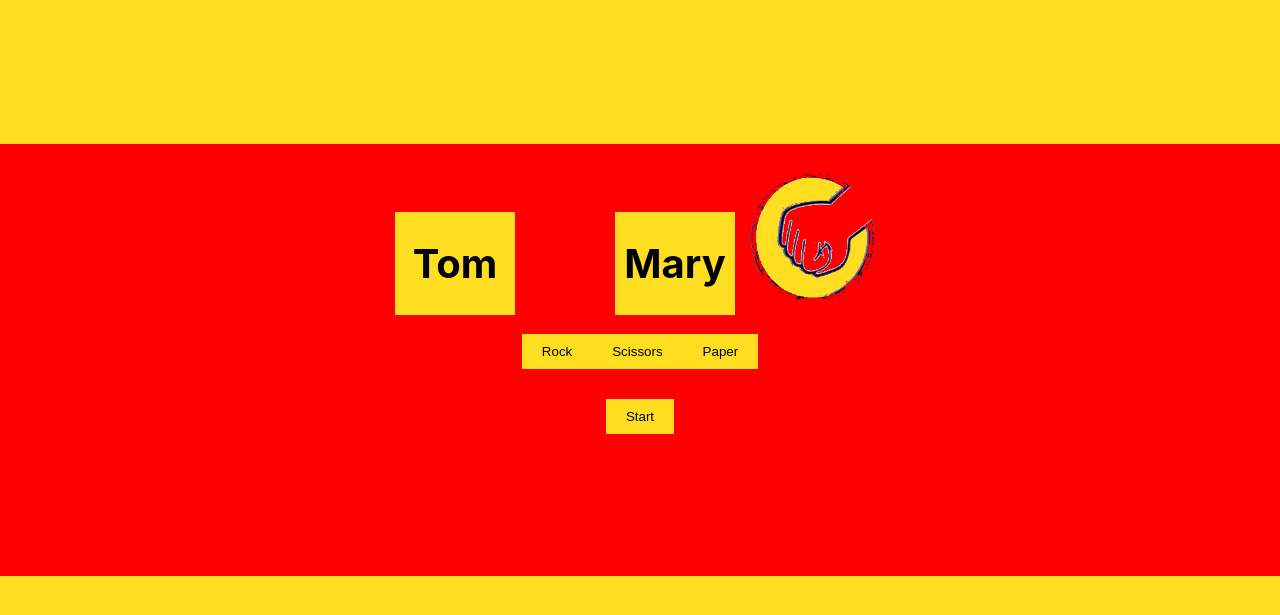
Repository: K009/Rock-Paper-Scissors
Page: /
An editor plug-in stored every save of this project. The page is shown before and after the next save, followed by the edit.
The browser window is 1280 px wide. The pictures show the whole page.
The pointer rests on the first visible `.weaponimg`.
The project was rebuilt for these pictures with package versions that can differ from the ones it lists, and the page was loaded fresh each time.

Above is the page before, as saved 2020-05-13 10:33:33.

### src/App.js
import React, { Component } from "react";
import "./App.css";
import Player from "./components/Player";
import rock from "./components/img/rock.png";

const weapon = ["rock", "paper", "scissors"];

class App extends Component {
  constructor() {
    super();
    this.state = {
      playerOne: weapon[0],
      playerTwo: weapon[0],
      winner: "",
    };
    this.state = { counter: 0 };
  }

  startGame = () => {
    let counter = 0;
    let gameInterval = setInterval(() => {
      //to make a delay
      counter++;
      console.log(counter);
      this.setState({
        playerTwo: weapon[Math.floor(Math.random() * weapon.length)],
        winner: "",
      });
      if (counter > 5) {
        clearInterval(gameInterval);
        this.setState({
          winner: this.selectWinner(),
        });
      }
    }, 100);
  };

  selectWinner = () => {
    const { playerOne, playerTwo } = this.state;
    console.log("Player One: " + playerOne + "Player Two: " + playerTwo);
    if (playerOne === playerTwo) {
      console.log("It's a tie");
      return "It's a tie";
    } else if (
      (playerOne === "rock" && playerTwo === "scissors") ||
      (playerOne === "paper" && playerTwo === "rock") ||
      (playerOne === "scissors" && playerTwo === "paper")
    ) {
      return "Player one wins!";
    } else {
      return "Player two wins!";
    }
  };

  selectWeapon = (weapon) => {
    //in argument it gets a value that is going to be set for playerOne
    this.setState({
      playerOne: weapon, //here it gets changed
      winner: "", //winner without any changes - still ""
    });
  };

  increment() {
    this.setState({
      counter: this.state.counter + 1,
    });
  }

  render() {
    const { playerOne, playerTwo, winner } = this.state;
    return (
      <div className="App">
        <div className="Header" />
        <div className="Main-part">
          <div className="Players">
            <Player playerName="Tom" weapon={playerOne} />
            <div className="break"> </div>
            <Player playerName="Mary" weapon={playerTwo} />
          </div>
          <img
            className="weaponimg"
            src={rock}
            onClick={() => this.selectWeapon("rock")}
            alt="Rock"
          />
          <div className="buttons">
            <button
              className="weapon"
              onClick={() => this.selectWeapon("rock")}
            >
              Rock
            </button>
            <button
              className="weapon"
              onClick={() => this.selectWeapon("scissors")}
            >
              Scissors
            </button>
            <button
              className="weapon"
              onClick={() => this.selectWeapon("paper")}
            >
              Paper
            </button>
          </div>
          <div className="winner">{winner ? this.selectWinner() : null}</div>
          <button className="weapon" onClick={this.startGame}>
            Start
          </button>
        </div>
        <footer />
      </div>
    );
  }
}

export default App;

### src/App.css
.Header {
  min-height: 20vh;
  text-align: center;
  justify-content: space-around;
  background-color: #ffde22;
  display: flex;
  flex-wrap: wrap;
}

.Main-part {
  background-color: red;
  min-height: 60vh;
  text-align: center;
}

.Players {
  text-align: center;
  display: inline-block;
}

.break {
  width: 100px;
  min-height: 20vh;
  background-color: red;
  float: left;
}

.weaponimg {
  width: 150px;
  height: 150px;
}

.weaponimg:hover {
  height: 160px;
}

.weapon {
  background: #ffde22;
  margin-top: 15px;
  border: none;
  padding: 10px 20px;
  color: black;
}

.weapon:hover {
  background: #ecce20;
  cursor: pointer;
}

.winner {
  color: #ffde22;
  font-size: 20px;
  margin-top: 15px;
}

footer {
  min-height: 20vh;
  background-color: #ffde22;
  width: 100%;
  position: absolute;
  left: 0;
  bottom: 0;
}

### src/components/Player.js
import React from "react";
import style from "./player.module.css";

const Player = ({ playerName }) => {
  return (
    <div className={style.player}>
      <h1>{playerName}</h1>
    </div>
  );
};

export default Player;

### src/components/player.module.css
.player {
  background-color: #ffde22;
  font-size: 20px;
  text-align: center;
  width: 120px;
  float: left;
  margin-top: 20%;
}

Loaded but not shown: public/index.html (common file); src/index.js (common file); src/index.css (common file); src/serviceWorker.js (common file); public/manifest.json (common file)

After the next save:
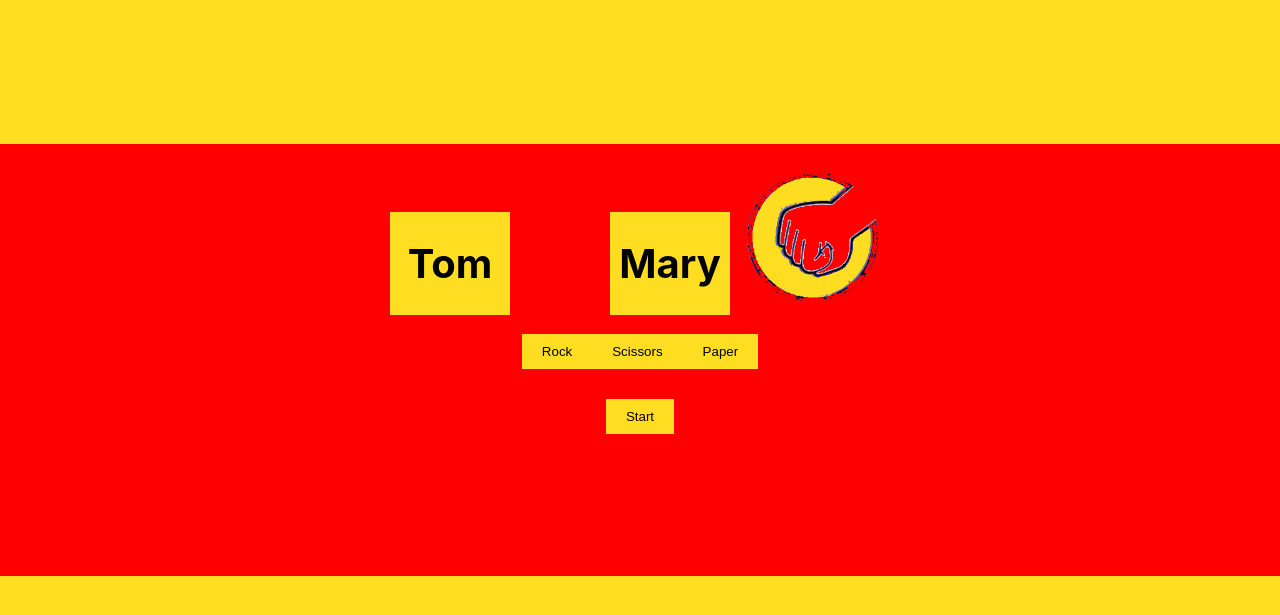
Saved 8 s later.
--- a/src/App.css
+++ b/src/App.css
@@ -31,6 +31,7 @@
 }
 
 .weaponimg:hover {
+  width: 160px;
   height: 160px;
 }
 
